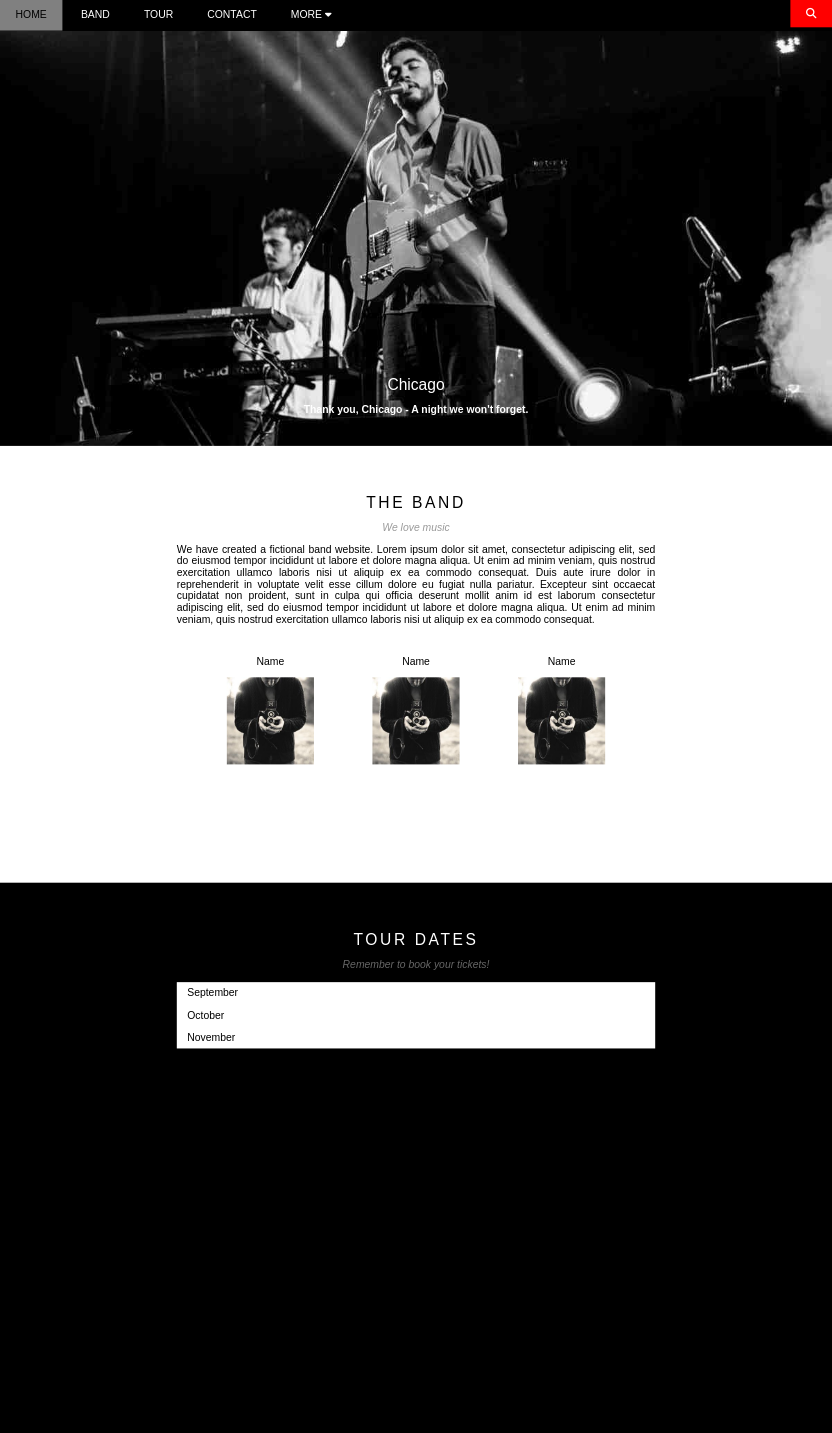
Repository: ngotranphuongbao/theband
Page: index.html
These files come from the project's save history. The page is drawn as it stood at one moment and after the next save; the edit follows.
The browser window is 1280 px wide. The pictures show the whole page, at 65% of full size.
Some web libraries are served in a nearby version.

Above is the page before, as saved 2022-12-21 22:10:22.

### index.html
<!DOCTYPE html>
<html lang="en">
<head>
    <meta charset="UTF-8">
    <meta http-equiv="X-UA-Compatible" content="IE=edge">
    <meta name="viewport" content="width=device-width, initial-scale=1.0">
    <title>Document</title>
    <link rel="stylesheet" href="./assets/css/style.css">
    <script src="https://kit.fontawesome.com/55a0c61423.js" crossorigin="anonymous"></script>
</head>
<body>
    <div id="main">
        <div id="header">
            <ul id="nav">
                <li><a href="">Home</a></li>
                <li><a href="">Band</a></li>
                <li><a href="">Tour</a></li>
                <li><a href="">Contact</a></li>
                <li>
                    <a href="">
                        More
                        <i class="fa fa-caret-down"></i>
                    </a>
                    <ul id="subnav">
                        <li><a href="">Merchandise</a></li>
                        <li><a href="">Extras</a></li>
                        <li><a href="">Media</a></li>
                    </ul>
                </li>
            </ul>
            <div id="search">
                <i class="fa fa-search"></i>
            </div>
        </div>

        <div id="slider">
            <div id="slider-caption">
                <h3>Chicago</h3>
                <p><b>Thank you, Chicago - A night we won't forget.</b></p>
            </div>

        </div>

        <div id="content">
            <div id="the-band">
                <div id="the-band-main">
                    <h2 class="content-title">The Band</h2>
                    <p class="content-subtitle">We love music</p>
                    <p id="describe">We have created a fictional band website. Lorem ipsum dolor sit amet, consectetur adipiscing elit, sed do eiusmod tempor incididunt ut labore et dolore magna aliqua. Ut enim ad minim veniam, quis nostrud exercitation ullamco laboris nisi ut aliquip ex ea commodo consequat. Duis aute irure dolor in reprehenderit in voluptate velit esse cillum dolore eu fugiat nulla pariatur. Excepteur sint occaecat cupidatat non proident, sunt in culpa qui officia deserunt mollit anim id est laborum consectetur adipiscing elit, sed do eiusmod tempor incididunt ut labore et dolore magna aliqua. Ut enim ad minim veniam, quis nostrud exercitation ullamco laboris nisi ut aliquip ex ea commodo consequat.</p>
                    <div id="member">
                        <div class="member-info">
                            <p class="member-name">Name</p>
                            <img src="/assets/image/member/bandmember.jpg" alt="" class="member-photo">
                        </div>

                        <div class="member-info">
                            <p class="member-name">Name</p>
                            <img src="/assets/image/member/bandmember.jpg" alt="" class="member-photo">
                        </div>

                        <div class="member-info">
                            <p class="member-name">Name</p>
                            <img src="/assets/image/member/bandmember.jpg" alt="" class="member-photo">
                        </div>
                    </div>
                </div>
            </div>

            <div id="tour-dates">
                <div id="tour-dates-main">
                    <h2 class="content-title">Tour dates</h2>
                    <p class="content-subtitle">Remember to book your tickets!</p>
                    <ul id="booking">
                        <li>September</li>
                        <li>October</li>
                        <li>November</li>
                    </ul>
                </div>


            </div>

            <div id="contact">

            </div>

            <div id="picture">

            </div>

        </div>

        <div id="footer">

        </div>
    </div>

</body>
</html>

### assets/css/style.css
* {
    padding: 0px;
    margin: 0px;
    box-sizing: border-box;
}

html {
    font-family: Arial, Helvetica, sans-serif;
}

#main {

}

#header {
    height: 46.5px;
    background-color: black;
    position: fixed;
    top: 0px;
    left: 0px;
    right: 0px;
    z-index: 1;
}

#nav {
    display: inline-block;
}
#nav > li {
    display: inline-block;
    padding: 12px 24px;
    position: relative;
}

#nav > li > a {
    line-height: 22.5px;
    text-decoration: none;
    text-transform: uppercase;
    color: white;
}

#nav > li:hover {
    background-color: grey;
}

#nav > li:hover > a {
    color: black;
}

#subnav {
    display: none;
    position: absolute;
    top: 45px;
    left: 0px;
    box-shadow: 0px 0px 10px rgba(0, 0, 0, 0.3);
    background-color: white;
}

#subnav > li {
    display: block;
    width: 160px;
    height: 38.5px;
    padding: 8px 16px;
}

#subnav > li:hover {
    background-color: grey;
}

#nav > li:hover > #subnav {
    display: block;
}

#subnav > li > a {
    text-decoration: none;
    color: black;
}

.fa-caret-down {
    width: 8.575px;
    height: 15px;
}

#search {
    float: right;
    padding: 12px 24px;
    background-color: red;
    cursor: pointer;
}

.fa-search {
    line-height: 22.5px;
    color: white;
}
#slider {
    margin-top: 45.6px;
    padding-top: 50%;
    background: url(/assets/image/slider/chicago.jpg) top center / cover no-repeat;
    position: relative;
}

#slider-caption {
    position: absolute;
    bottom: 32px;
    width: 100%;
    text-align: center;
}

#slider-caption > p {
    margin: 15px;
    color: white;
}

#slider-caption > h3 {
    margin-bottom: 10px;
    color: white;
    font-weight: 400;
    font-size: 24px;
}


#content {

}

#the-band {
    height: 672px;
}

#the-band-main {
    width: 768px;
    height: 100%;
    padding: 64px 16px;
    margin: auto;
}

.content-title {
    text-align: center;
    margin: 10px;
    text-transform: uppercase;
    letter-spacing: 4px;
    font-weight: 400;
}

.content-subtitle {
    text-align: center;
    margin: 15px;
    font-style: italic;
    opacity: 0.4;
}

#describe {
    text-align: justify;
    margin-bottom: 15px;

}

#member {
    height: 286px;
    text-align: center;
    margin: 32px;
}

.member-info {
    display: inline-block;
    width: calc(100%/3);
    float: left;
}

.member-photo {
    width: 60%;
    margin-bottom: 16px;
}

.member-name {
    margin: 15px;
}

#tour-dates {
    height: 846px;
    background-color: black;
}

#tour-dates-main {
    width: 768px;
    height: 100%;
    color: white;
    margin: auto;
    padding: 64px 16px;
}

#booking {
    margin-top: 18.4px;
    background-color: white;

}

#booking > li {
    display: block;
    color: black;
    padding: 8px 16px;
    border-bottom: 1px;
}
#footer {

}

After the next save:
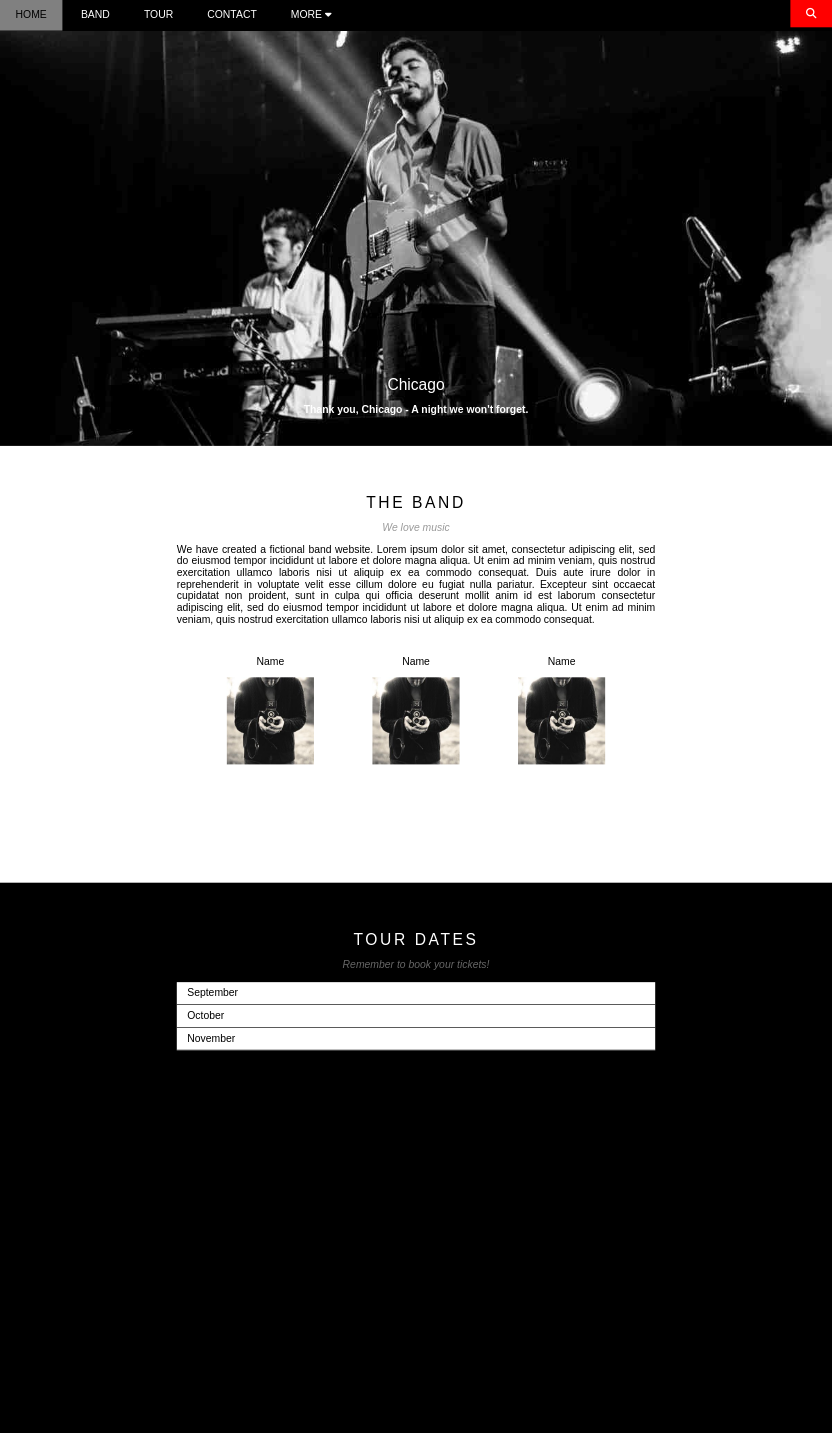
Saved 28 s later.
--- a/assets/css/style.css
+++ b/assets/css/style.css
@@ -198,7 +198,7 @@ html {
     display: block;
     color: black;
     padding: 8px 16px;
-    border-bottom: 1px;
+    border-bottom: 1px solid black;
 }
 #footer {
 
